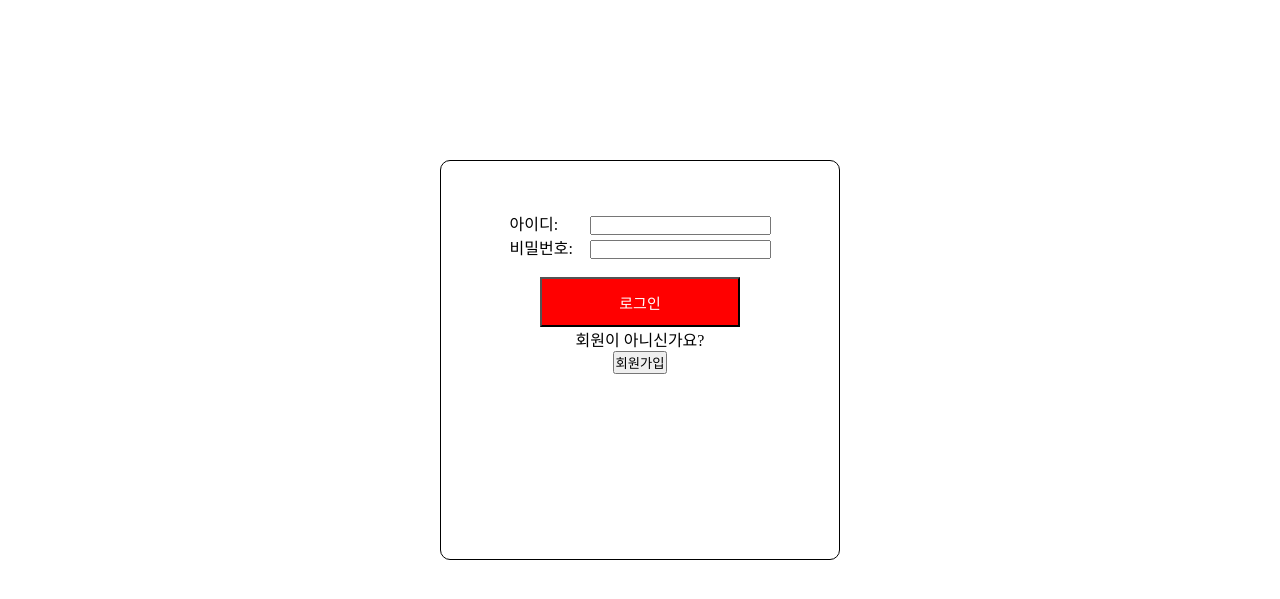
Repository: KGH1125/jsp_project
Page: http://localhost/jsp_project4/
The author's editor kept a copy of each file at every save. The page is drawn from the files as they stood at one save, then again after the next save.
The browser window is 1280 px wide. The pictures show the whole page.
The page is served by Tomcat 9.

Above is the page before, as saved 2023-05-30 01:42:58.

After the next save:
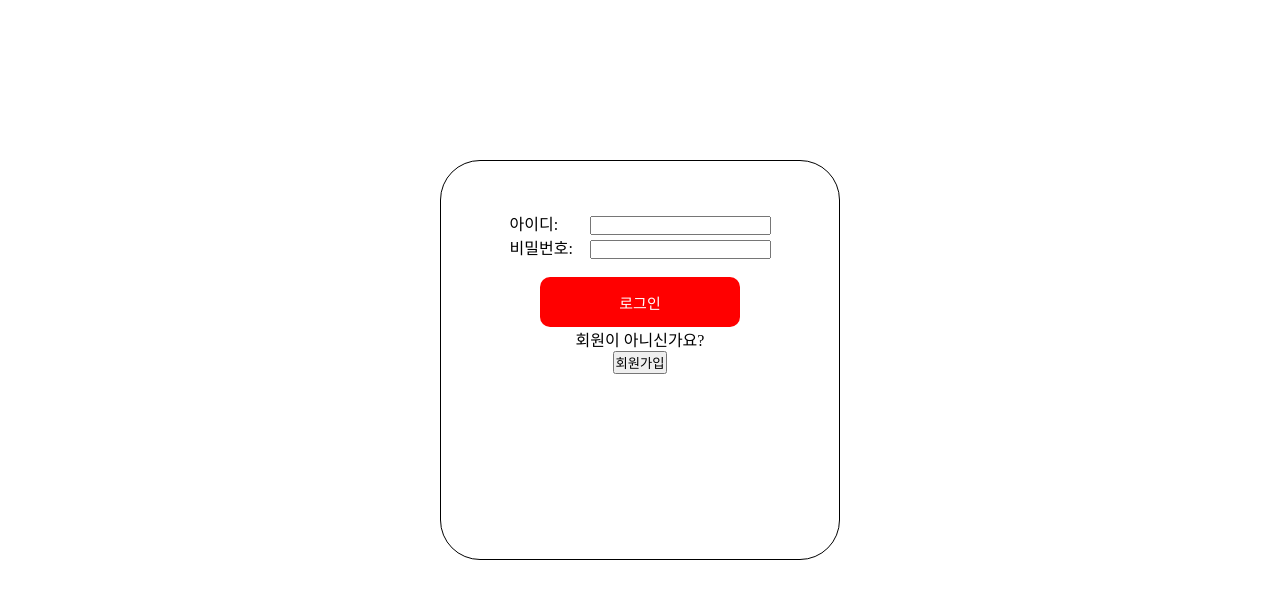
Saved 41 s later.
--- a/jsp_project4/jsp_project4/src/main/webapp/main.jsp
+++ b/jsp_project4/jsp_project4/src/main/webapp/main.jsp
@@ -16,7 +16,7 @@
 	width: 400px;
 	height: 400px;
 	border: 1px solid black;
-	border-radius: 10px;
+	border-radius: 10%;
 	left: 50%;
 	top: 50%;
 	position: absolute;
@@ -36,6 +36,8 @@ height: 50px;
 color: white;
 background-color: red;
 font-size: 15px;
+border: none;
+border-radius: 10px
 }
 </style>
 
